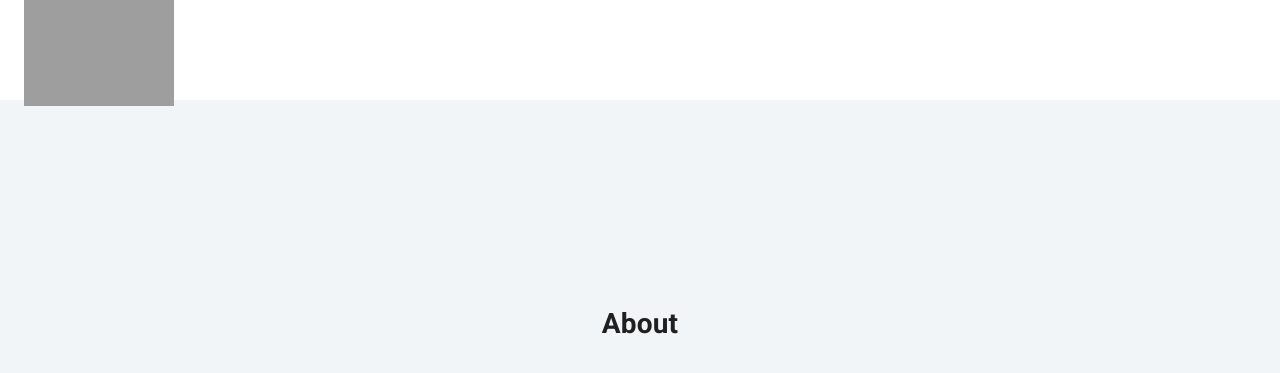
Repository: vinuvish/groundstandards_react
Page: /
These files come from the project's save history. The page is drawn as it stood at one moment and after the next save; the edit follows.
The browser window is 1280 px wide. The pictures show the whole page.
Pictures or frames that could not be fetched are drawn as grey boxes. The page's requests for data from a server got no answer. The project was rebuilt for these pictures with package versions that can differ from the ones it lists, and the page was loaded fresh each time. No one was signed in, and anything a server would have sent is missing. Also part of the build but not shown: src/pages/app/NotFoundPage.tsx, src/pages/app/SignUpPage.tsx, src/pages/app/AboutPage.tsx, src/pages/app/OurSolutionPage.tsx, src/pages/app/OurPartnerPage.tsx, src/pages/app/ResourcePage.tsx, src/pages/app/PressPage.tsx, src/pages/app/BlockPage.tsx and 1 more.

Above is the page before, as saved 2020-11-25 22:42:50.

### public/index.html
<!DOCTYPE html>
<html lang="en">
  <head>
    <meta charset="utf-8" />
    <link rel="icon" href="%PUBLIC_URL%/favicon.png" />
    <meta name="viewport" content="width=device-width, initial-scale=1" />
    <meta name="theme-color" content="#000000" />
    <meta name="description" content="Web site created using create-react-app" />
    <link rel="apple-touch-icon" href="%PUBLIC_URL%/logo192.png" />
    <link rel="stylesheet" href="https://fonts.googleapis.com/css?family=Roboto:300,400,500,700&display=swap" />
    <link rel="stylesheet" href="https://fonts.googleapis.com/icon?family=Material+Icons" />
    <!--
      manifest.json provides metadata used when your web app is installed on a
      user's mobile device or desktop. See https://developers.google.com/web/fundamentals/web-app-manifest/
    -->
    <link rel="manifest" href="%PUBLIC_URL%/manifest.json" />
    <!--
      Notice the use of %PUBLIC_URL% in the tags above.
      It will be replaced with the URL of the `public` folder during the build.
      Only files inside the `public` folder can be referenced from the HTML.

      Unlike "/favicon.ico" or "favicon.ico", "%PUBLIC_URL%/favicon.ico" will
      work correctly both with client-side routing and a non-root public URL.
      Learn how to configure a non-root public URL by running `npm run build`.
    -->
    <title>Ground Standard</title>
  </head>
  <body>
    <noscript>You need to enable JavaScript to run this app.</noscript>
    <div id="root"></div>
    <!--
      This HTML file is a template.
      If you open it directly in the browser, you will see an empty page.

      You can add webfonts, meta tags, or analytics to this file.
      The build step will place the bundled scripts into the <body> tag.

      To begin the development, run `npm start` or `yarn start`.
      To create a production bundle, use `npm run build` or `yarn build`.
    -->
  </body>
</html>

### src/App.tsx
import { CssBaseline, MuiThemeProvider, StylesProvider } from '@material-ui/core';
import { SnackbarProvider } from 'notistack';
import React from 'react';
import { theme } from './app_utils/MuiTheme';
import AppRouterRoutes from './AppRoutes';
import { useAppStore } from './models_stores/appStore';

function App() {
  const streamAuthUser = useAppStore((state) => state.streamAuthUser);
  const streamProducts = useAppStore((state) => state.streamDocuments);
  const streamCategories = useAppStore((state) => state.streamNotifications);
  const streamUsers = useAppStore((state) => state.streamUsers);

  React.useEffect(() => {
    streamAuthUser();
    streamCategories();
    streamUsers();
    streamProducts();
  }, []); // eslint-disable-line

  return (
    <SnackbarProvider maxSnack={3} anchorOrigin={{ vertical: 'bottom', horizontal: 'right' }}>
      <MuiThemeProvider theme={theme}>
        <CssBaseline />
        <StylesProvider injectFirst>
          <AppRouterRoutes></AppRouterRoutes>
        </StylesProvider>
      </MuiThemeProvider>
    </SnackbarProvider>
  );
}

export default App;

### src/app_utils/MuiTheme.tsx
import { createMuiTheme } from '@material-ui/core/styles';
import { BreakpointOverrides } from '@material-ui/core/styles/createBreakpoints';
import { Shadows } from '@material-ui/core/styles/shadows';

declare module '@material-ui/core/styles/createBreakpoints' {
  interface BreakpointOverrides {
    xs: true;
    sm: true;
    md: true;
    lg: true;
    xl: true;
    tablet: true;
    laptop: true;
    desktop: true;
  }
}

export const theme = createMuiTheme({
  breakpoints: {
    values: { xs: 0, sm: 600, md: 960, lg: 1280, xl: 1920, tablet: 400, laptop: 900, desktop: 1200 }
  },

  shadows: Array(25).fill('none') as Shadows,

  props: {
    MuiInput: { disableUnderline: true },
    MuiButton: { disableElevation: true },
    MuiButtonBase: { disableRipple: true },
    MuiPaper: { elevation: 0 },
    MuiCard: { elevation: 0 },
    MuiDivider: { color: 'white' },
    MuiOutlinedInput: {}
  },
  overrides: {
    MuiPaper: {
      root: {
        elevation: 0
      }
    },
    MuiCard: {
      root: {
        elevation: 0
      }
    },
    MuiButton: {
      root: {
        textTransform: 'capitalize'
      }
    }
  },
  palette: {
    background: {
      default: '#F2F5F7'
    }
  }
});

export const breakpoint = {
  xs: `(min-width: 0px)`,
  sm: `(min-width: 576px)`,
  md: `(min-width: 768px)`,
  lg: `(min-width: 992px)`,
  xl: `(min-width: 1200px)`
};

### src/AppRoutes.tsx
import { Container, createStyles, Grid, makeStyles, Theme } from '@material-ui/core';
import React from 'react';
import { Route, Router, Switch } from 'react-router-dom';
import ZAppBar from './components/ZAppBar';
import ZAppBarDrawer from './components/ZAppBarDrawer';
import NotFoundPage from './pages/app/NotFoundPage';
import SignUpPage from './pages/app/SignUpPage';
import history from './app_utils/History';
import AboutPage from './pages/app/AboutPage';
import OurSolutionPage from './pages/app/OurSolutionPage';
import OurPartnerPage from './pages/app/OurPartnerPage';
import ResourcePage from './pages/app/ResourcePage';
import PressPage from './pages/app/PressPage';
import BlockPage from './pages/app/BlockPage';
import ContactPage from './pages/app/ContactPage';
import AppHomePage from './pages/app/AppHomePage';

const AppRouterRoutes = () => {
  const classes = useStyles();

  return (
    <Router history={history}>

      <ZAppBar />
      <Switch>{[AppRoutes]}</Switch>
    </Router>


  );
};


const AppRoutes = [
  <Route exact path='/' component={AppHomePage} />,
  <Route exact path='/aboutUs' component={AboutPage} />,
  <Route exact path='/signUp' component={SignUpPage} />,
  <Route exact path='/ourSolution' component={OurSolutionPage} />,
  <Route exact path='/ourPartner' component={OurPartnerPage} />,
  <Route exact path='/resource' component={ResourcePage} />,
  <Route exact path='/press' component={PressPage} />,
  <Route exact path='/blog' component={BlockPage} />,
  <Route exact path='/contact' component={ContactPage} />,
  <Route component={NotFoundPage} />
];

const useStyles = makeStyles((theme: Theme) =>
  createStyles({
    grid: {
      display: 'flex'
    },
    containerAuthenticated: {
      margin: 'auto',
      marginTop: 68,
      padding: 20,
      width: `calc(100% - 240px)`,
      [theme.breakpoints.down('md')]: {
        width: '100%'
      }
    },
    containerUnauthenticated: {}
  })
);

export default AppRouterRoutes;

### src/models_stores/appStore.ts
import { mountStoreDevtool } from 'simple-zustand-devtools';
import create from 'zustand';
import { fireAuth, fireFirestore } from '../firebase/firebase';
import { AuthUser } from '../models/AuthUserModel';
import { DocumentModel } from '../models/DocumentModel';
import { NotificationModel } from '../models/NotificationModel';

type State = {
  documents: DocumentModel[];
  streamDocuments: () => void;

  notifications: NotificationModel[];
  streamNotifications: () => void;

  users: AuthUser[];
  streamUsers: () => void;

  isInitializing?: boolean;
  authUser: AuthUser | null;
  streamAuthUser: () => void;
};

export const useAppStore = create<State>((set, get) => ({
  /* ------------------------------ NOTE AUTHUSER ----------------------------- */
  isInitializing: true,
  authUser: null,

  streamAuthUser: () => {
    fireAuth.onAuthStateChanged(async (user) => {
      if (user) {
        const query = await fireFirestore.collection('users').doc(user.uid).get();

        const authUser = AuthUser.fromFirestore(query);

        set((state) => {
          return { ...state, authUser: authUser, isInitializing: false };
        });
      } else {
        set((state) => {
          return { ...state, authUser: null, isInitializing: false };
        });
      }
    });
  },

  /* ------------------------------ NOTE Users ----------------------------- */
  users: [],

  streamUsers: () => {
    if (get().users.length === 0)
      fireFirestore.collection('users').onSnapshot((querySnapshot: firebase.firestore.QuerySnapshot<firebase.firestore.DocumentData>) => {
        let users: AuthUser[] = [];
        querySnapshot.docs.forEach((docSnapshot) => {
          const res = AuthUser.fromFirestore(docSnapshot);
          if (res) users.push(res);
        });

        set((state) => {
          return { ...state, users: users };
        });
      });
  },
  /* ------------------------------ NOTE PRODUCTS ----------------------------- */
  documents: [],

  streamDocuments: () => {
    if (get().documents.length === 0)
      fireFirestore
        .collection('documents')
        .limit(200)
        .onSnapshot((querySnapshot: firebase.firestore.QuerySnapshot<firebase.firestore.DocumentData>) => {
          let documents: DocumentModel[] = [];

          querySnapshot.docs.forEach((docSnapshot) => {
            const res = DocumentModel.fromFirestore(docSnapshot);
            if (res) documents.push(res);
          });

          set((state) => {
            return { ...state, documents: documents };
          });
        });
  },

  notifications: [],
  streamNotifications: () => {
    if (get().notifications.length === 0)
      fireFirestore.collection('notifications').onSnapshot((querySnapshot: firebase.firestore.QuerySnapshot<firebase.firestore.DocumentData>) => {
        let notifications: NotificationModel[] = [];

        querySnapshot.docs.forEach((docSnapshot) => {
          const res = NotificationModel.fromFirestore(docSnapshot);
          if (res) notifications.push(res);
        });

        set((state) => {
          return { ...state, notifications: notifications };
        });
      });
  }
}));

if (process.env.NODE_ENV === 'development') {
  mountStoreDevtool('Store', useAppStore);
}

### src/components/ZAppBar.tsx
import AppBar from '@material-ui/core/AppBar';
import Badge from '@material-ui/core/Badge';
import IconButton from '@material-ui/core/IconButton';
import Menu from '@material-ui/core/Menu';
import MenuItem from '@material-ui/core/MenuItem';
import { createStyles, makeStyles, Theme } from '@material-ui/core/styles';
import Toolbar from '@material-ui/core/Toolbar';
import Typography from '@material-ui/core/Typography';
import AccountCircle from '@material-ui/icons/AccountCircle';
import MailIcon from '@material-ui/icons/Mail';
import MenuIcon from '@material-ui/icons/Menu';
import MoreIcon from '@material-ui/icons/MoreVert';
import NotificationsIcon from '@material-ui/icons/Notifications';
import React from 'react';
import { fireFirebase } from '../firebase/firebase';
import ZAppBarDrawerTemp from './ZAppBarDrawerTemp';
import history from '../app_utils/History';

export default function ZAppBar() {
  const classes = useStyles();
  const [drawerTemporary, setDrawerTemporary] = React.useState(false);
  const [anchorEl, setAnchorEl] = React.useState<null | HTMLElement>(null);
  const [mobileMoreAnchorEl, setMobileMoreAnchorEl] = React.useState<null | HTMLElement>(null);

  const isMenuOpen = Boolean(anchorEl);
  const isMobileMenuOpen = Boolean(mobileMoreAnchorEl);

  const handleTemporaryDrawer = () => {
    setDrawerTemporary((prev) => !prev);
  };

  const handleProfileMenuOpen = (event: React.MouseEvent<HTMLElement>) => {
    setAnchorEl(event.currentTarget);
  };

  const handleMobileMenuClose = () => {
    setMobileMoreAnchorEl(null);
  };

  const handleMenuClose = () => {
    setAnchorEl(null);
    handleMobileMenuClose();
  };

  const handleMobileMenuOpen = (event: React.MouseEvent<HTMLElement>) => {
    setMobileMoreAnchorEl(event.currentTarget);
  };

  const signOut = async () => {
    await fireFirebase.auth().signOut();
    history.push('/signIn');
  };

  const menuId = 'primary-search-account-menu';
  const renderMenu = (
    <Menu
      anchorEl={anchorEl}
      anchorOrigin={{ vertical: 'top', horizontal: 'right' }}
      id={menuId}
      keepMounted
      transformOrigin={{ vertical: 'top', horizontal: 'right' }}
      open={isMenuOpen}
      onClose={handleMenuClose}
    >
      <MenuItem
        onClick={() => {
          handleMenuClose();
          signOut();
        }}
      >
        Sign Out
      </MenuItem>
    </Menu>
  );

  const mobileMenuId = 'primary-search-account-menu-mobile';
  const renderMobileMenu = (
    <Menu
      anchorEl={mobileMoreAnchorEl}
      anchorOrigin={{ vertical: 'top', horizontal: 'right' }}
      id={mobileMenuId}
      keepMounted
      transformOrigin={{ vertical: 'top', horizontal: 'right' }}
      open={isMobileMenuOpen}
      onClose={handleMobileMenuClose}
    >
      <MenuItem>
        <IconButton aria-label='show 4 new mails' color='inherit'>
          <Badge badgeContent={4} color='secondary'>
            <MailIcon />
          </Badge>
        </IconButton>
        <p>Messages</p>
      </MenuItem>
      <MenuItem>
        <IconButton aria-label='show 11 new notifications' color='inherit'>
          <Badge badgeContent={11} color='secondary'>
            <NotificationsIcon />
          </Badge>
        </IconButton>
        <p>Notifications</p>
      </MenuItem>
      <MenuItem onClick={handleProfileMenuOpen}>
        <IconButton aria-label='account of current user' aria-controls='primary-search-account-menu' aria-haspopup='true' color='inherit'>
          <AccountCircle />
        </IconButton>
        <p>Profile</p>
      </MenuItem>
    </Menu>
  );

  return (
    <div className={classes.grow}>
      <AppBar className={classes.appBar} position='fixed' elevation={2} color="inherit">
        <Toolbar className={classes.toolBar} >
          <img src="http://groundstandards.com/wp-content/uploads/GS-logo-300.png" alt="logo" className={classes.logo} />


        </Toolbar>


      </AppBar>

    </div>
  );
}

const useStyles = makeStyles((theme: Theme) =>
  createStyles({
    appBar: {
      zIndex: theme.zIndex.drawer + 1
    },
    grow: {
      flexGrow: 1
    },
    menuButton: {
      display: 'none',
      marginRight: theme.spacing(2),
      [theme.breakpoints.down('md')]: {
        display: 'flex'
      }
    },
    title: {
      display: 'block'
    },

    content: {
      flexGrow: 1,
      padding: theme.spacing(3)
    },
    sectionDesktop: {
      display: 'flex',
      [theme.breakpoints.down('md')]: {
        display: 'none'
      }
    },
    sectionMobile: {
      display: 'none',
      [theme.breakpoints.down('md')]: {
        display: 'flex'
      }
    },
    logo: {
      maxWidth: 150,
    },
    toolBar: {
      height: 100,
    }
  })
);

### src/app_utils/History.tsx
import { createBrowserHistory } from 'history';
export default createBrowserHistory({});

### src/pages/app/AppHomePage.tsx

import * as React from 'react';
import { makeStyles, Theme } from '@material-ui/core/styles';

interface Props { }

const AppHomePage: React.FC<Props> = () => {
    const classes = useStyles();
    return <div
        style={{
            display: 'flex',
            justifyContent: 'center',
            alignItems: 'center',
            height: '90vh'
        }}
    >
        <h1>About</h1>
    </div>
};

const useStyles = makeStyles((theme: Theme) => ({
    root: {}
}));

AppHomePage.defaultProps = {};

export default AppHomePage;

### src/firebase/firebase.tsx
import firebase from 'firebase/app';
import 'firebase/firestore';
import 'firebase/auth';
import 'firebase/storage';

const firebaseConfig = {
  apiKey: 'AIzaSyBWf1JYtcld5rEhou2YyANxAtl20AylP80',
  authDomain: 'groundstandards-8a1dd.firebaseapp.com',
  databaseURL: 'https://groundstandards-8a1dd.firebaseio.com',
  projectId: 'groundstandards-8a1dd',
  storageBucket: 'groundstandards-8a1dd.appspot.com',
  messagingSenderId: '137110708999',
  appId: '1:137110708999:web:ab0b42be7878425a805ba2',
  measurementId: 'G-V8H0LZB9DH'
};

if (!firebase.apps.length) firebase.initializeApp(firebaseConfig);

const firestore = firebase.firestore();
const auth = firebase.auth();

export { firebase as fireFirebase, firestore as fireFirestore, auth as fireAuth };

### src/models/AuthUserModel.ts
export class AuthUser implements IAuthUser {
  email: string;
  firstName: string;
  id: string;
  lastName: string;
  isActive: boolean;
  isAdmin: boolean;
  timestampAdded: Date;
  timestampLastLogin: Date;

  constructor(x: IAuthUser) {
    this.email = x.email;
    this.firstName = x.firstName;
    this.id = x.id;
    this.lastName = x.lastName;
    this.isActive = x.isActive;
    this.isAdmin = x.isAdmin;
    this.timestampAdded = x.timestampAdded;
    this.timestampLastLogin = x.timestampLastLogin;
  }

  static fromFirestore(doc: firebase.firestore.DocumentSnapshot<firebase.firestore.DocumentData>): AuthUser | null {
    const data = doc.data();
    if (!data) return null;

    return new AuthUser({
      email: data['email'] ?? '',
      firstName: data['firstName'] ?? '',
      id: doc.id,
      lastName: data['lastName'] ?? '',
      isActive: data['isActive'] ?? true,
      isAdmin: data['isAdmin'] ?? false,
      timestampAdded: data['timestampAdded']?.toDate() ?? new Date(),
      timestampLastLogin: data['timestampLastLogin']?.toDate() ?? new Date()
    });
  }

  getFullName(): string {
    return `${this.firstName} ${this.lastName}`;
  }
}

interface IAuthUser {
  email: string;
  firstName: string;
  id: string;
  lastName: string;
  isActive: boolean;
  isAdmin: boolean;
  timestampAdded: Date;
  timestampLastLogin: Date;
}
export interface IAuthUserRegister {
  email: string;
  firstName: string;
  lastName: string;
  password: string;
  isAdmin: boolean;
}

export interface IAuthUserUpdate {
  id: string;
  firstName: string;
  lastName: string;
  isActive: boolean;
  isAdmin: boolean;
}

### src/models/DocumentModel.ts
export class DocumentModel implements IEventModel {
  driversLicenseFront: DocumentItem | null;
  driversLicenseBack: DocumentItem | null;
  driversInsuranceCardFront: DocumentItem | null;
  driversInsuranceCardBack: DocumentItem | null;
  driversVehicleRegistrationFront: DocumentItem | null;
  driversVehicleRegistrationBack: DocumentItem | null;
  driversTaxiLimousineIdFront: DocumentItem | null;
  driversTaxiLimousineIdBack: DocumentItem | null;
  driversPicture: DocumentItem | null;
  id: string;
  uid: string;
  email: string;
  firstName: string;
  lastName: string;
  timestampCreated: Date;
  state: string;
  note: string;

  constructor(x: IEventModel) {
    {
      this.driversInsuranceCardBack = x.driversInsuranceCardBack;
      this.driversInsuranceCardFront = x.driversInsuranceCardFront;
      this.driversLicenseBack = x.driversLicenseBack;
      this.driversLicenseFront = x.driversLicenseFront;
      this.driversPicture = x.driversPicture;
      this.driversTaxiLimousineIdBack = x.driversTaxiLimousineIdBack;
      this.driversTaxiLimousineIdFront = x.driversTaxiLimousineIdFront;
      this.driversVehicleRegistrationBack = x.driversVehicleRegistrationBack;
      this.driversVehicleRegistrationFront = x.driversVehicleRegistrationFront;
      this.email = x.email;
      this.firstName = x.firstName;
      this.id = x.id;
      this.lastName = x.lastName;
      this.note = x.note;
      this.state = x.state;
      this.timestampCreated = x.timestampCreated;
      this.uid = x.uid;
    }
  }

  getFullName(): string {
    return `${this.firstName} ${this.lastName}`;
  }

  getTotalDocuments(): string {
    let totaldocuments = 0;
    if (this.driversInsuranceCardBack?.imageUrl) totaldocuments += 1;
    if (this.driversInsuranceCardFront?.imageUrl) totaldocuments += 1;
    if (this.driversLicenseBack?.imageUrl) totaldocuments += 1;
    if (this.driversLicenseFront?.imageUrl) totaldocuments += 1;
    if (this.driversTaxiLimousineIdBack?.imageUrl) totaldocuments += 1;
    if (this.driversTaxiLimousineIdFront?.imageUrl) totaldocuments += 1;
    if (this.driversVehicleRegistrationBack?.imageUrl) totaldocuments += 1;
    if (this.driversVehicleRegistrationFront?.imageUrl) totaldocuments += 1;
    if (this.driversPicture?.imageUrl) totaldocuments += 1;
    return `${totaldocuments}/9 documents`;
  }

  static fromFirestore(doc: firebase.firestore.DocumentSnapshot<firebase.firestore.DocumentData>): DocumentModel | null {
    const data = doc.data();
    if (!data) return null;
    return new DocumentModel({
      id: doc.id,
      driversInsuranceCardBack: DocumentItem.fromMap(data['driversInsuranceCardBack']),
      driversInsuranceCardFront: DocumentItem.fromMap(data['driversInsuranceCardFront']),
      driversLicenseBack: DocumentItem.fromMap(data['driversLicenseBack']),
      driversLicenseFront: DocumentItem.fromMap(data['driversLicenseFront']),
      driversPicture: DocumentItem.fromMap(data['driversPicture']),
      driversTaxiLimousineIdBack: DocumentItem.fromMap(data['driversTaxiLimousineIdBack']),
      driversTaxiLimousineIdFront: DocumentItem.fromMap(data['driversTaxiLimousineIdFront']),
      driversVehicleRegistrationBack: DocumentItem.fromMap(data['driversVehicleRegistrationBack']),
      driversVehicleRegistrationFront: DocumentItem.fromMap(data['driversVehicleRegistrationFront']),
      email: data['email'],
      firstName: data['firstName'],
      lastName: data['lastName'],
      note: data['note'],
      state: data['state'],
      timestampCreated: data['timestampCreated'].toDate() ?? new Date(),
      uid: data['uid']
    });
  }
}

interface IEventModel {
  driversLicenseFront: DocumentItem | null;
  driversLicenseBack: DocumentItem | null;
  driversInsuranceCardFront: DocumentItem | null;
  driversInsuranceCardBack: DocumentItem | null;
  driversVehicleRegistrationFront: DocumentItem | null;
  driversVehicleRegistrationBack: DocumentItem | null;
  driversTaxiLimousineIdFront: DocumentItem | null;
  driversTaxiLimousineIdBack: DocumentItem | null;
  driversPicture: DocumentItem | null;
  id: string;
  uid: string;
  email: string;
  firstName: string;
  lastName: string;
  timestampCreated: Date;
  state: string;
  note: string;
}

class DocumentItem implements IDocumentItem {
  isVerified: boolean;
  isRejected: boolean;
  imageUrl: string;
  timestampCreated: Date;

  constructor(x: IDocumentItem) {
    this.isRejected = x.isRejected;
    this.isVerified = x.isVerified;
    this.imageUrl = x.imageUrl;
    this.timestampCreated = x.timestampCreated;
  }

  toMap() {
    return {
      isVerified: this.isVerified,
      isRejected: this.isRejected,
      imageUrl: this.imageUrl,
      timestampCreated: this.timestampCreated
    };
  }

  static fromMap(map: any) {
    if (map == null) return null;

    return new DocumentItem({
      isVerified: map['isVerified'],
      isRejected: map['isRejected'],
      imageUrl: map['imageUrl'],
      timestampCreated: map['timestampCreated']?.toDate() ?? new Date()
    });
  }
}

interface IDocumentItem {
  isVerified: boolean;
  isRejected: boolean;
  imageUrl: string;
  timestampCreated: Date;
}

### src/models/NotificationModel.ts
export class NotificationModel implements IEventModel {
  body: string;
  title: string;
  linkUrl: string;
  id: string;
  timestampAdded: Date;

  constructor(x: IEventModel) {
    {
      this.id = x.id;
      this.linkUrl = x.linkUrl;
      this.body = x.body;
      this.timestampAdded = x.timestampAdded;
      this.title = x.title;
    }
  }

  static fromFirestore(doc: firebase.firestore.DocumentSnapshot<firebase.firestore.DocumentData>): NotificationModel | null {
    const data = doc.data();
    if (!data) return null;
    return new NotificationModel({
      body: data['body'] ?? '',
      id: doc.id,
      linkUrl: data['linkUrl'] ?? '',
      timestampAdded: data['timestampAdded']?.toDate() ?? Date.now(),
      title: data['title'] ?? ''
    });
  }
}

interface IEventModel {
  body: string;
  title: string;
  linkUrl: string;
  id: string;
  timestampAdded: Date;
}

Loaded but not shown: src/index.tsx (common file); src/styles/index.css (common file)

After the next save:
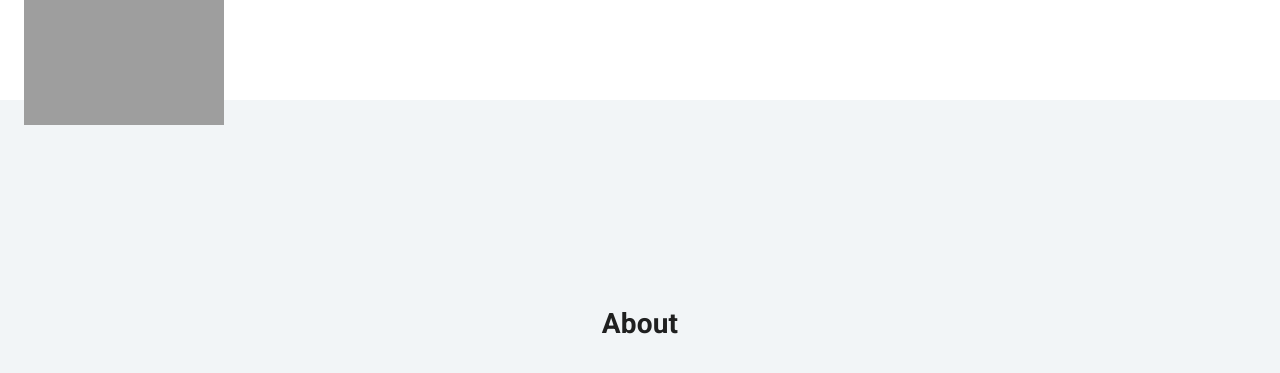
Saved 23 s later.
--- a/src/components/ZAppBar.tsx
+++ b/src/components/ZAppBar.tsx
@@ -161,7 +161,7 @@ const useStyles = makeStyles((theme: Theme) =>
       }
     },
     logo: {
-      maxWidth: 150,
+      maxWidth: 200,
     },
     toolBar: {
       height: 100,
